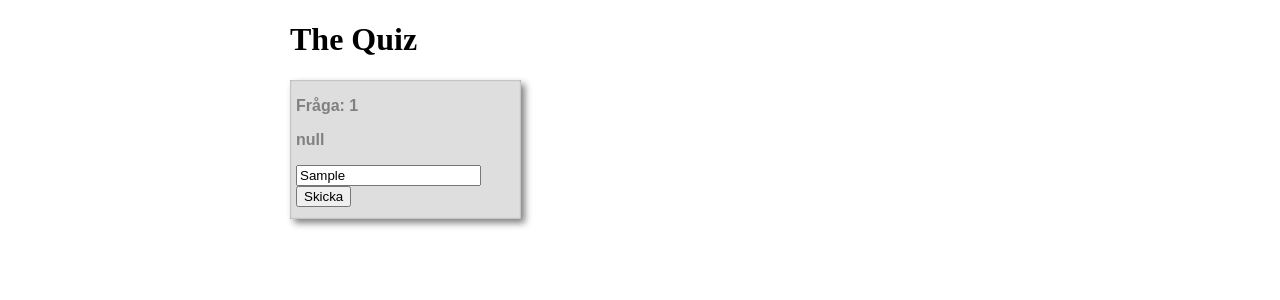
Repository: sk222sw/1dv403-laborationer
Page: 4-thequiz/index.html
The author's editor kept a record of every edit. The page is drawn from the files as they stood at one moment, then again after the next edit.
The browser window is 1280 px wide. The pictures show the whole page.
Empty fields were first filled with sample values (such as "Sample", 5 or name@example.com).
After loading, the first visible `#btnSubmit` was clicked once.
The page's requests for data from a server got no answer.

Above is the page before.
Console error: TypeError: Cannot set properties of null (setting 'innerHTML')

After the next edit:
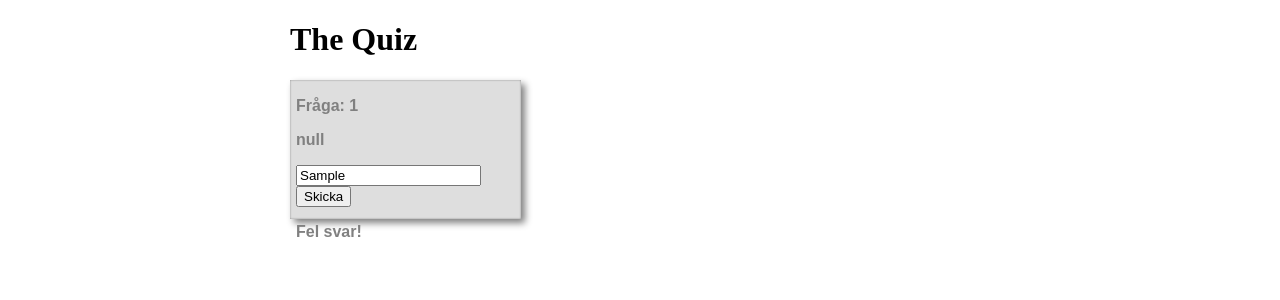
The error is gone.
The edit:
--- a/4-thequiz/script/script.js
+++ b/4-thequiz/script/script.js
@@ -91,7 +91,7 @@
     },
 
     rightOrWrong: function(message){
-        document.getElementById("wrong").innerHTML = message;
+        document.getElementById("rightOrWrong").innerHTML = message;
     }
 
 
